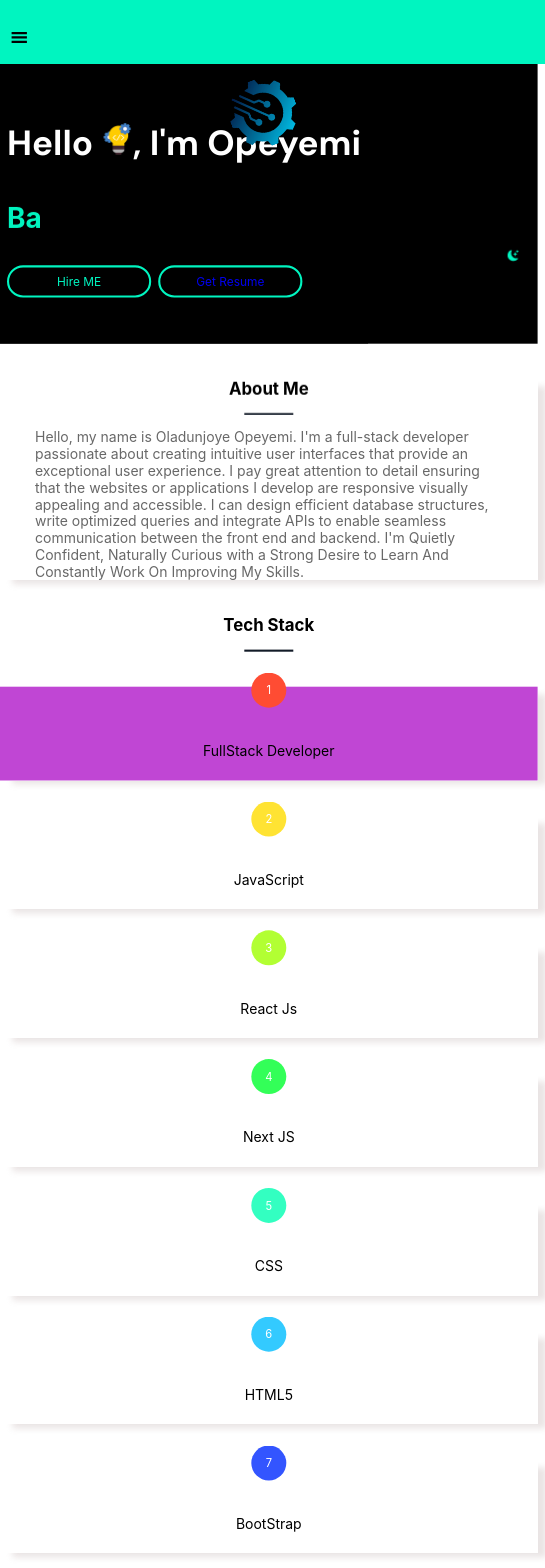
Repository: Laoye99/portfolio
Page: /
An editor plug-in stored every save of this project. The page is shown before and after a run of saves, followed by the edit.
The browser window is 768 px wide. The page is 778 px wide, so the pictures cover 778 px, including what lies to the right of the window. The pictures show the part of the page from y = 0 to 2240 px (the page is 2716 px tall), at 70% of full size.
The project was rebuilt for these pictures with package versions that can differ from the ones it lists, and the page was loaded fresh each time. Imported but missing from the stored project, and not drawn on this page: src/components/Home/MyResume.pdf.

Above is the page before, as saved 2024-02-15 14:49:01.

After the next 2 saves:
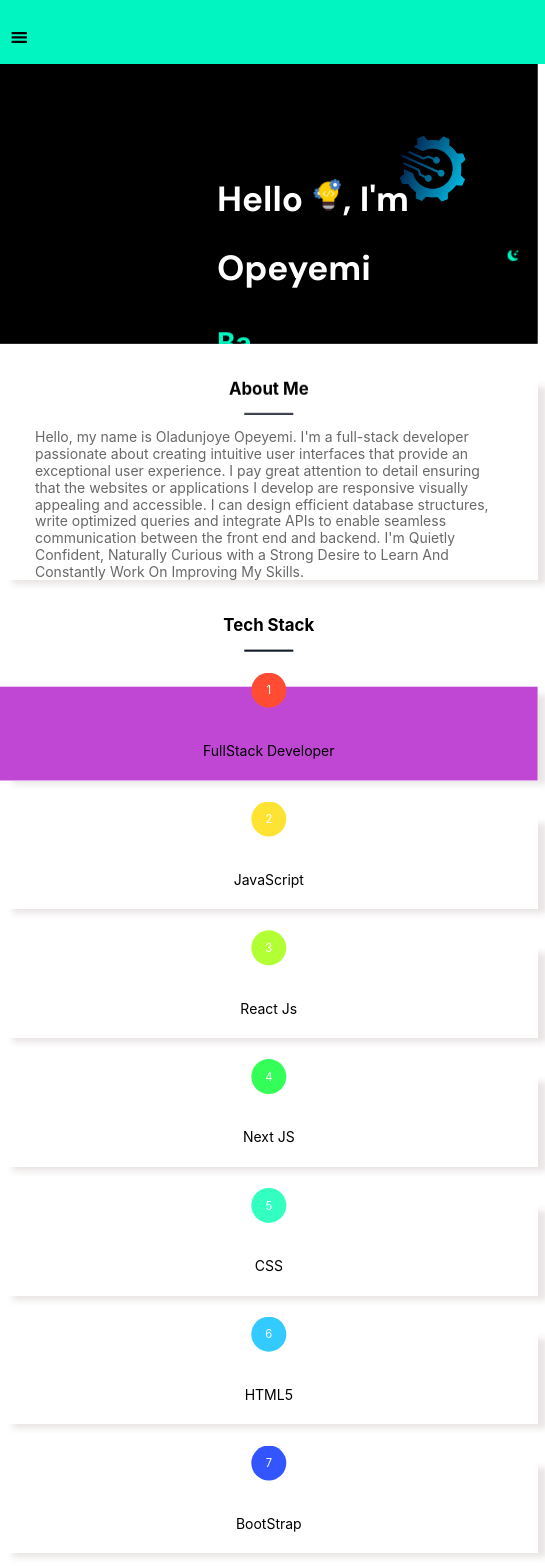
The 2 saves are shown as one change because they came seconds apart.
The last was saved 37 s later.
--- a/src/components/Home/Home.css
+++ b/src/components/Home/Home.css
@@ -127,6 +127,7 @@
   }
 }
 @media (max-width: 1000px) {
+  .h
   .home-content {
     top: 0;
     margin: 20px auto;

After the save that followed:
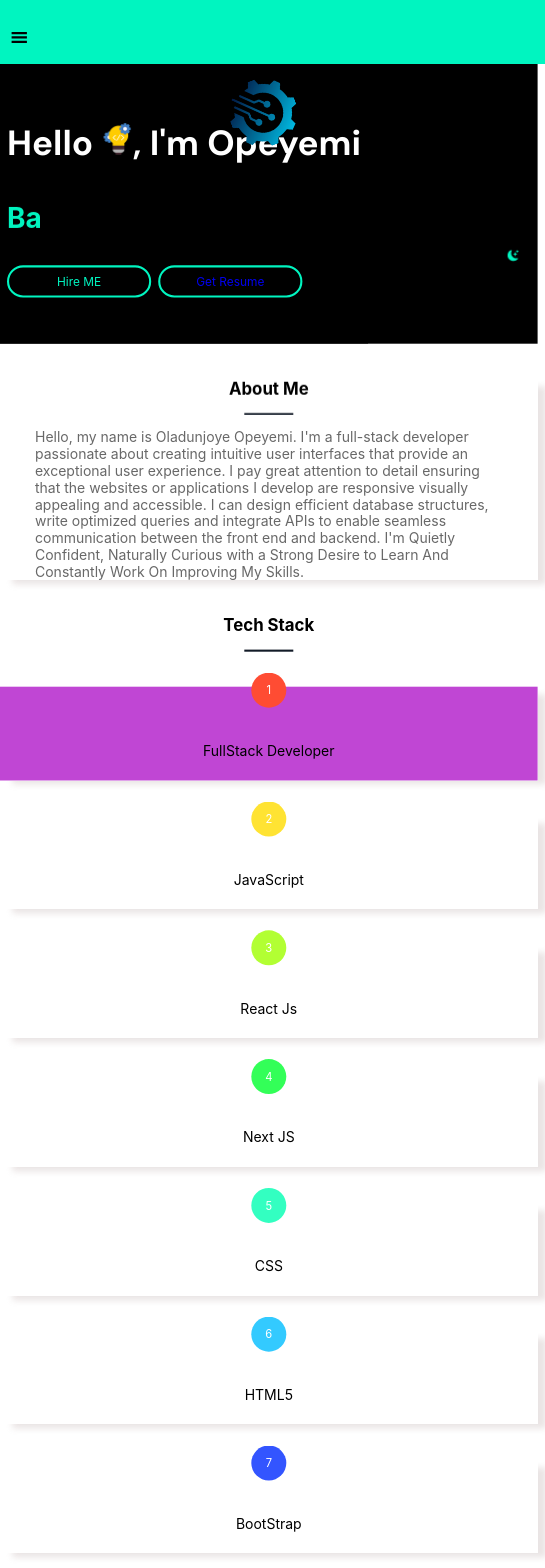
Saved 4 s later.
--- a/src/components/Home/Home.css
+++ b/src/components/Home/Home.css
@@ -127,7 +127,7 @@
   }
 }
 @media (max-width: 1000px) {
-  .h
+  .home
   .home-content {
     top: 0;
     margin: 20px auto;
